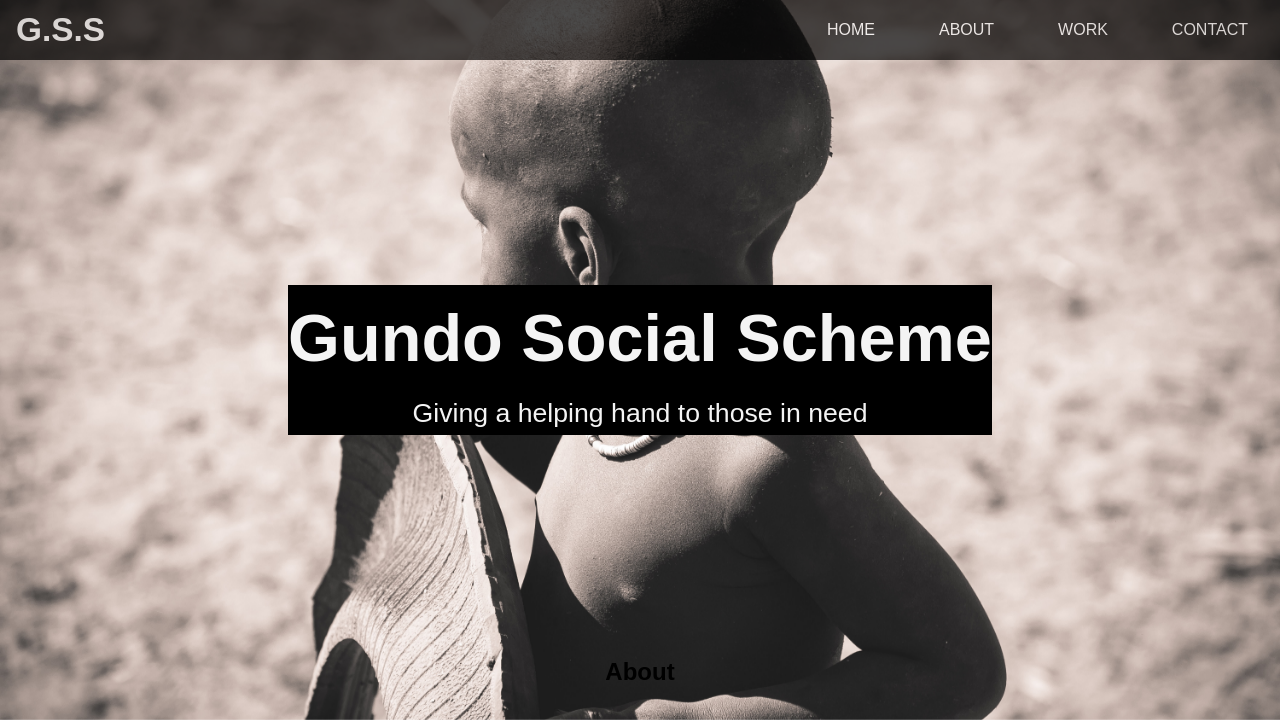
Repository: blessingNtoko/gss-basic_website
Page: index.html
An editor plug-in stored every save of this project. The page is shown before and after the next save, followed by the edit.
The browser window is 1280 px wide. The pictures show the whole page.
An inner scrolling area shows only its first screen.

Above is the page before, as saved 2020-05-13 18:16:02.

After the next save:
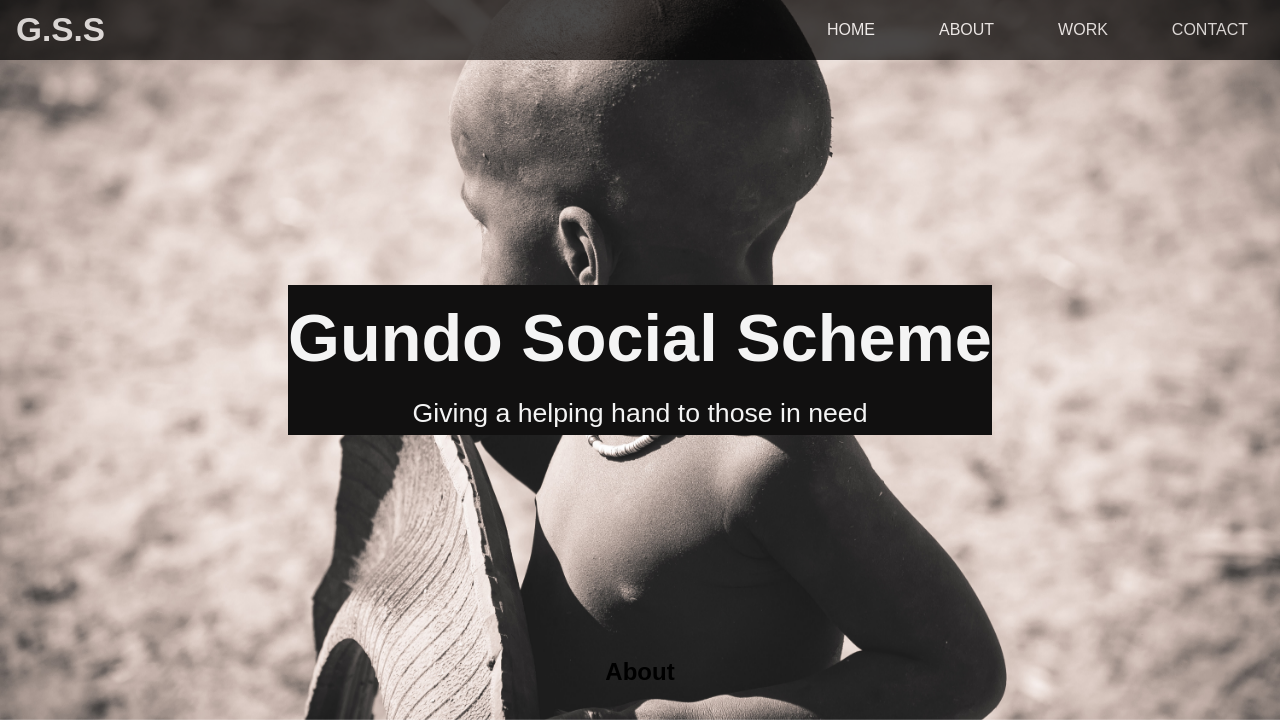
Saved 11 s later.
--- a/style.css
+++ b/style.css
@@ -92,7 +92,7 @@ section {
 }
 
 #home .contain {
-    background-color: black;
+    background-color: rgb(17, 16, 16);
 }
 
 #home h1 {
